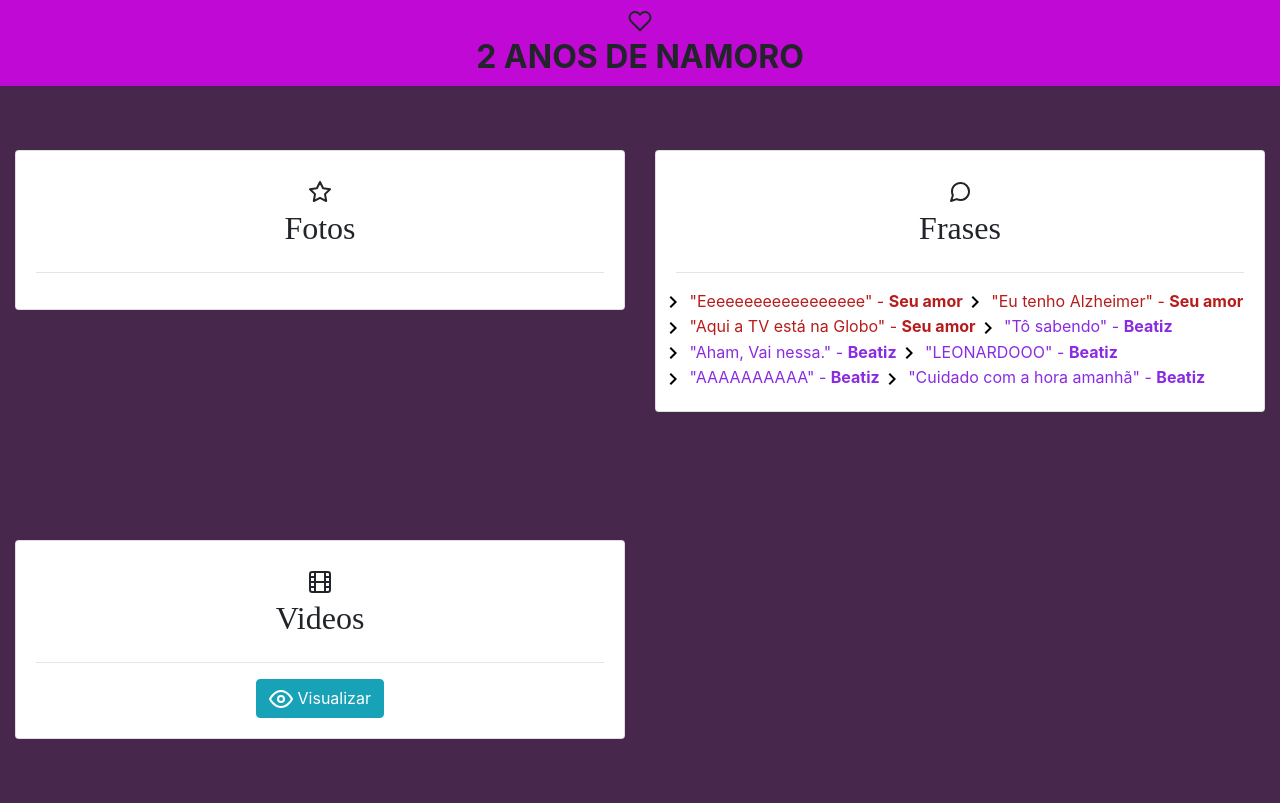
Repository: MeuAmor/meuamor.github.io
Page: index.html
These files come from the project's save history. The page is drawn as it stood at one moment and after the next save; the edit follows.
The browser window is 1280 px wide. The pictures show the whole page.

Above is the page before, as saved 2019-08-21 23:23:53.

### index.html
<!DOCTYPE html>
<html lang="pt">
<head>
  <title>2 ANOS</title>
  <meta charset="utf-8">
  <meta name="viewport" content="width=device-width, initial-scale=1">
  <link rel="stylesheet" href="assets/css/bootstrap4.1/bootstrap.min.css">
  <script src="assets/js/jquery.3.3.1.min.js"></script>
  <script src="assets/js/bootstrap4.1/popper.min.js"></script>
	<script src="assets/js/bootstrap4.1/bootstrap.min.js"></script>
	<style>
        .hide {
            display: none;
        }
        .show{
            display:block;
        }
    </style>
</head>
<body class="container-fluid">


	<div class="row" style="background:#c109d6">
		<div class="col-md-12 text-left">
			<h2>
                <!-- <svg xmlns="http://www.w3.org/2000/svg" width="24" height="24" viewBox="0 0 24 24" fill="none" stroke="currentColor"
                        stroke-width="2" stroke-linecap="round" stroke-linejoin="round" class="feather feather-heart">
                    <path d="M20.84 4.61a5.5 5.5 0 0 0-7.78 0L12 5.67l-1.06-1.06a5.5 5.5 0 0 0-7.78 7.78l1.06 1.06L12 21.23l7.78-7.78 1.06-1.06a5.5 5.5 0 0 0 0-7.78z"/>
                </svg> -->
                <div class="text-center">

                    <svg xmlns="http://www.w3.org/2000/svg" width="24" height="24" viewBox="0 0 24 24" fill="none" stroke="currentColor"
                            stroke-width="2" stroke-linecap="round" stroke-linejoin="round" class="feather feather-heart">
                        <path d="M20.84 4.61a5.5 5.5 0 0 0-7.78 0L12 5.67l-1.06-1.06a5.5 5.5 0 0 0-7.78 7.78l1.06 1.06L12 21.23l7.78-7.78 1.06-1.06a5.5 5.5 0 0 0 0-7.78z"/>
                    </svg>
                </div>
                <div class="text-center" >

                    <b>2 ANOS DE NAMORO </b>
                </div>
            </h2>
		</div>
		<div class="col-md-6 " id="redes_sociais">
			<!-- <a style="margin:10px;" class="btn btn-info btn-xs float-right" href="http://www.linkedin.com/in/leonardo-bernardes-da-silva-a8869b132">
				<svg xmlns="http://www.w3.org/2000/svg" width="24" height="24" viewBox="0 0 24 24" fill="none" stroke="currentColor" stroke-width="2" stroke-linecap="round" stroke-linejoin="round" class="feather feather-linkedin">
					<path d="M16 8a6 6 0 0 1 6 6v7h-4v-7a2 2 0 0 0-2-2 2 2 0 0 0-2 2v7h-4v-7a6 6 0 0 1 6-6z"></path><rect x="2" y="9" width="4" height="12"></rect>
					<circle cx="4" cy="4" r="2"></circle></svg>	LinkedIn</a>
				<a style="margin:10px;" class="btn btn-primary btn-xs float-right" href="http://www.facebook.com/lezinho.bernardes">
					<svg xmlns="http://www.w3.org/2000/svg" width="24" height="24" viewBox="0 0 24 24" fill="none" stroke="currentColor" stroke-width="2" stroke-linecap="round" stroke-linejoin="round" class="feather feather-facebook">
						<path d="M18 2h-3a5 5 0 0 0-5 5v3H7v4h3v8h4v-8h3l1-4h-4V7a1 1 0 0 1 1-1h3z"></path>
					</svg>
					LinkedIn
				</a>  -->
		</div>


</div>
<div class="row" style="background:#48274c;min-height: 500px;">

	<!-- <hr> -->
	<!-- <p style="margin: 10px;">
		<a class="btn btn-dark" data-toggle="collapse" href="#multiCollapseExample1" role="button" aria-expanded="false" aria-controls="multiCollapseExample1">Toggle first element</a>
		<button class="btn btn-dark" type="button" data-toggle="collapse" data-target="#multiCollapseExample2" aria-expanded="false" aria-controls="multiCollapseExample2">Toggle second element</button>
		<button class="btn btn-dark" type="button" data-toggle="collapse" data-target=".multi-collapse" aria-expanded="false" aria-controls="multiCollapseExample1 multiCollapseExample2">Toggle both elements</button> -->
	<!-- </p> -->


	<div class="col-md-6" style="margin-top: 5%;">
		<div class="card card-body">
            <h2 id="openFotos">
                <div class="text-center">

                    <svg xmlns="http://www.w3.org/2000/svg" width="24" height="24" viewBox="0 0 24 24"
                        fill="none" stroke="currentColor" stroke-width="2" stroke-linecap="round" stroke-linejoin="round"
                        class="feather feather-star">
                        <polygon points="12 2 15.09 8.26 22 9.27 17 14.14 18.18 21.02 12 17.77 5.82 21.02 7 14.14 2 9.27 8.91 8.26 12 2"/>
                    </svg>
                </div>
                <div class="text-center" style="font-family: 'Times New Roman', Times, serif">

                    Fotos
                </div>
            </h2>
            <hr>
            <div id="fotos" class="hide">
                <div class="text-center">
                    <img src="imagens/primeira_foto.jpg" alt="Primeira Foto" height="150px;">
                    <img src="imagens/terceira_foto.jpg" alt="Terceira Foto" height="150px;">
                    <img src="imagens/quarta_foto.jpg" alt="Quarta Foto" height="150px;">
                    <img src="imagens/2.jpg" alt="" height="150px;">
                    <img src="imagens/3.jpg" alt="" height="150px;">
                    <img src="imagens/4.jpg" alt="" height="150px;">
                    <img src="imagens/segunda_foto.jpg" alt="Segunda Foto" height="150px;">
                    <img src="imagens/5.jpg" alt="" height="150px;">
                    <img src="imagens/6.jpg" alt="" height="150px;">
                    <img src="imagens/7.jpg" alt="" height="150px;">
                    <img src="imagens/8.jpg" alt="" height="150px;">
                    <img src="imagens/10.jpg" alt="" height="150px;">
                    <img src="imagens/9.jpg" alt="" height="150px;">
                </div>
            </div>
		</div>
	</div>
	<div class="col-md-6" style="margin-top: 5%;margin-bottom: 5%;">
		<div class="card card-body">
            <h2 style="text-align:center;">
                <div class="text-center">

                    <svg xmlns="http://www.w3.org/2000/svg" width="24" height="24" viewBox="0 0 24 24" fill="none" stroke="currentColor" stroke-width="2" stroke-linecap="round" stroke-linejoin="round" class="feather feather-message-circle">
                    <path d="M21 11.5a8.38 8.38 0 0 1-.9 3.8 8.5 8.5 0 0 1-7.6 4.7 8.38 8.38 0 0 1-3.8-.9L3 21l1.9-5.7a8.38 8.38 0 0 1-.9-3.8 8.5 8.5 0 0 1 4.7-7.6 8.38 8.38 0 0 1 3.8-.9h.5a8.48 8.48 0 0 1 8 8v.5z"/></svg>
                </div>
                <div class="text-center" style="font-family: 'Times New Roman', Times, serif">
                    Frases
                </div>
            </h2>
			<hr>
            <div class="row" >
                    <div style="color: #b71c1c;">
                        <svg xmlns="http://www.w3.org/2000/svg" width="24" height="24" viewBox="0 0 24 24">
                            <path d="M8.59 16.59L13.17 12 8.59 7.41 10 6l6 6-6 6-1.41-1.41z"/>
                            <path fill="none" d="M0 0h24v24H0V0z"/>
                        </svg>
                        "Eeeeeeeeeeeeeeeeee" - <b> Seu amor</b>
                    </div>
                    <div style="color: #b71c1c;">
                        <svg xmlns="http://www.w3.org/2000/svg" width="24" height="24" viewBox="0 0 24 24">
                            <path d="M8.59 16.59L13.17 12 8.59 7.41 10 6l6 6-6 6-1.41-1.41z"/>
                            <path fill="none" d="M0 0h24v24H0V0z"/>
                        </svg>
                        "Eu tenho Alzheimer" - <b> Seu amor</b>
                    </div>
                    <div style="color: #b71c1c;">
                        <svg xmlns="http://www.w3.org/2000/svg" width="24" height="24" viewBox="0 0 24 24">
                            <path d="M8.59 16.59L13.17 12 8.59 7.41 10 6l6 6-6 6-1.41-1.41z"/>
                            <path fill="none" d="M0 0h24v24H0V0z"/>
                        </svg>
                        "Aqui a TV está na Globo" - <b> Seu amor</b>
                    </div>
                    <div style="color: blueviolet;">
                        <svg xmlns="http://www.w3.org/2000/svg" width="24" height="24" viewBox="0 0 24 24">
                            <path d="M8.59 16.59L13.17 12 8.59 7.41 10 6l6 6-6 6-1.41-1.41z"/>
                            <path fill="none" d="M0 0h24v24H0V0z"/>
                        </svg>
                        "Tô sabendo" - <b>Beatiz </b><br>

                    </div>
                    <div style="color: blueviolet;">
                        <svg xmlns="http://www.w3.org/2000/svg" width="24" height="24" viewBox="0 0 24 24">
                            <path d="M8.59 16.59L13.17 12 8.59 7.41 10 6l6 6-6 6-1.41-1.41z"/>
                            <path fill="none" d="M0 0h24v24H0V0z"/>
                        </svg>
                        "Aham, Vai nessa." - <b>Beatiz </b><br>

                    </div>
                    <div style="color: blueviolet;">
                        <svg xmlns="http://www.w3.org/2000/svg" width="24" height="24" viewBox="0 0 24 24">
                            <path d="M8.59 16.59L13.17 12 8.59 7.41 10 6l6 6-6 6-1.41-1.41z"/>
                            <path fill="none" d="M0 0h24v24H0V0z"/>
                        </svg>
                        "LEONARDOOO" - <b>Beatiz </b><br>
                    </div>
                    <div style="color: blueviolet;">
                        <svg xmlns="http://www.w3.org/2000/svg" width="24" height="24" viewBox="0 0 24 24">
                            <path d="M8.59 16.59L13.17 12 8.59 7.41 10 6l6 6-6 6-1.41-1.41z"/>
                            <path fill="none" d="M0 0h24v24H0V0z"/>
                        </svg>
                        "AAAAAAAAAA" - <b>Beatiz </b><br>
                    </div>
                    <div style="color: blueviolet;">
                        <svg xmlns="http://www.w3.org/2000/svg" width="24" height="24" viewBox="0 0 24 24">
                            <path d="M8.59 16.59L13.17 12 8.59 7.41 10 6l6 6-6 6-1.41-1.41z"/>
                            <path fill="none" d="M0 0h24v24H0V0z"/>
                        </svg>
                        "Cuidado com a hora amanhã" - <b>Beatiz </b><br>
                    </div>
            </div>

        </div>

    </div>
    <div class="col-md-6" style="margin-top: 5%;margin-bottom: 5%;">
        <div class="card card-body">
            <h2 style="text-align:center;">
                <div class="text-center">

                    <svg xmlns="http://www.w3.org/2000/svg" width="24" height="24" viewBox="0 0 24 24" fill="none" stroke="currentColor" stroke-width="2" stroke-linecap="round" stroke-linejoin="round" class="feather feather-film">
                        <rect x="2" y="2" width="20" height="20" rx="2.18" ry="2.18"/>
                        <line x1="7" y1="2" x2="7" y2="22"/>
                        <line x1="17" y1="2" x2="17" y2="22"/>
                        <line x1="2" y1="12" x2="22" y2="12"/>
                        <line x1="2" y1="7" x2="7" y2="7"/>
                        <line x1="2" y1="17" x2="7" y2="17"/>
                        <line x1="17" y1="17" x2="22" y2="17"/>
                        <line x1="17" y1="7" x2="22" y2="7"/>
                    </svg>
                </div>
                <div class="text-center" style="font-family: 'Times New Roman', Times, serif">
                    Videos
                </div>
            </h2>
            <hr>
            <div class="row">
                <div class="col-md-12 text-center" style="color: blueviolet;">
                    <a href="https://drive.google.com/drive/folders/1cs1njrZBseK-pT5WebYxWXJ5JDjdfowP?usp=sharing" class="btn btn-info ">
                        <svg xmlns="http://www.w3.org/2000/svg" width="24" height="24" viewBox="0 0 24 24" fill="none" stroke="currentColor"
                            stroke-width="2" stroke-linecap="round" stroke-linejoin="round" class="feather feather-eye">
                            <path d="M1 12s4-8 11-8 11 8 11 8-4 8-11 8-11-8-11-8z"/><circle cx="12" cy="12" r="3"/>
                        </svg>
                        Visualizar
                    </a>
                </div>

            </div>
        </div>

    </div>

</div>
<script>
    $("#openFotos").click(function(){
        if($("#fotos").hasClass('hide'))
        {
            $("#fotos").removeClass('hide');
            $("#fotos").addClass('show');
        }
        else
        {
            $("#fotos").removeClass('show');
            $("#fotos").addClass('hide');
        }
    });
</script>
</body>
</html>

Loaded but not shown: assets/css/bootstrap4.1/bootstrap.min.css (library); assets/js/jquery.3.3.1.min.js (library); assets/js/bootstrap4.1/popper.min.js (library); assets/js/bootstrap4.1/bootstrap.min.js (library)

After the next save:
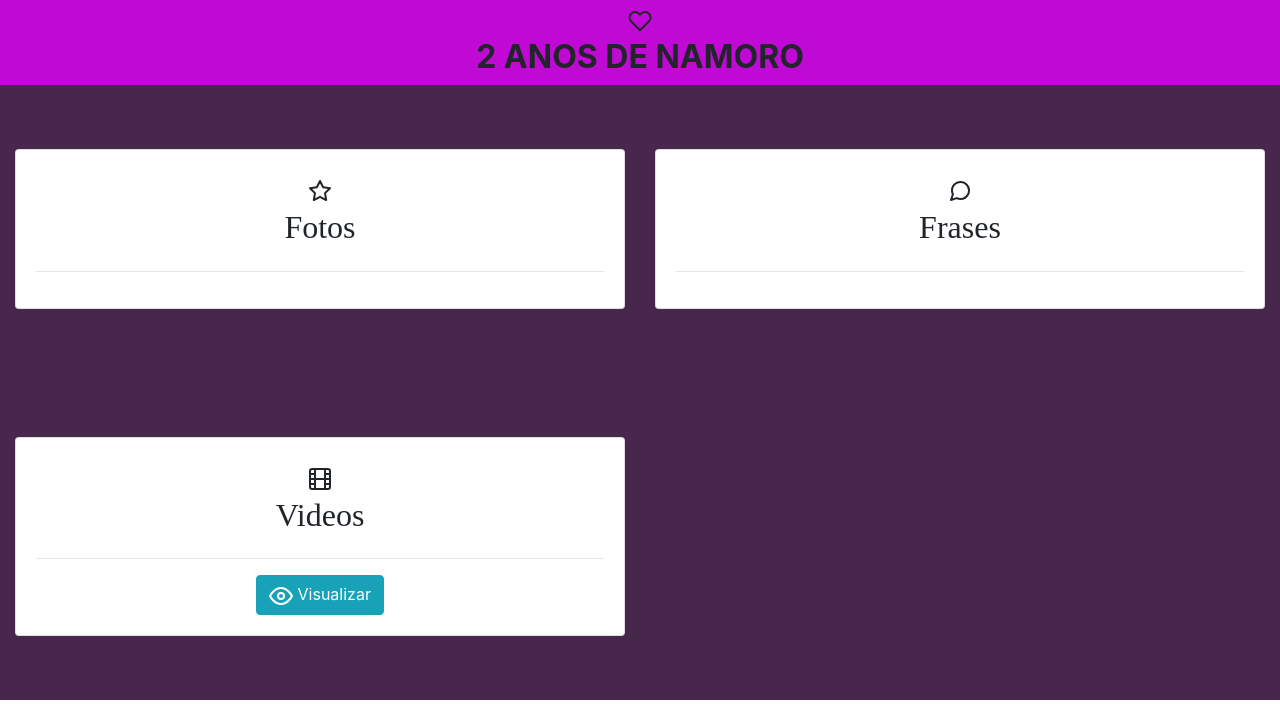
Saved 2 min 14 s later.
--- a/index.html
+++ b/index.html
@@ -23,10 +23,6 @@
 	<div class="row" style="background:#c109d6">
 		<div class="col-md-12 text-left">
 			<h2>
-                <!-- <svg xmlns="http://www.w3.org/2000/svg" width="24" height="24" viewBox="0 0 24 24" fill="none" stroke="currentColor"
-                        stroke-width="2" stroke-linecap="round" stroke-linejoin="round" class="feather feather-heart">
-                    <path d="M20.84 4.61a5.5 5.5 0 0 0-7.78 0L12 5.67l-1.06-1.06a5.5 5.5 0 0 0-7.78 7.78l1.06 1.06L12 21.23l7.78-7.78 1.06-1.06a5.5 5.5 0 0 0 0-7.78z"/>
-                </svg> -->
                 <div class="text-center">
 
                     <svg xmlns="http://www.w3.org/2000/svg" width="24" height="24" viewBox="0 0 24 24" fill="none" stroke="currentColor"
@@ -40,30 +36,8 @@
                 </div>
             </h2>
 		</div>
-		<div class="col-md-6 " id="redes_sociais">
-			<!-- <a style="margin:10px;" class="btn btn-info btn-xs float-right" href="http://www.linkedin.com/in/leonardo-bernardes-da-silva-a8869b132">
-				<svg xmlns="http://www.w3.org/2000/svg" width="24" height="24" viewBox="0 0 24 24" fill="none" stroke="currentColor" stroke-width="2" stroke-linecap="round" stroke-linejoin="round" class="feather feather-linkedin">
-					<path d="M16 8a6 6 0 0 1 6 6v7h-4v-7a2 2 0 0 0-2-2 2 2 0 0 0-2 2v7h-4v-7a6 6 0 0 1 6-6z"></path><rect x="2" y="9" width="4" height="12"></rect>
-					<circle cx="4" cy="4" r="2"></circle></svg>	LinkedIn</a>
-				<a style="margin:10px;" class="btn btn-primary btn-xs float-right" href="http://www.facebook.com/lezinho.bernardes">
-					<svg xmlns="http://www.w3.org/2000/svg" width="24" height="24" viewBox="0 0 24 24" fill="none" stroke="currentColor" stroke-width="2" stroke-linecap="round" stroke-linejoin="round" class="feather feather-facebook">
-						<path d="M18 2h-3a5 5 0 0 0-5 5v3H7v4h3v8h4v-8h3l1-4h-4V7a1 1 0 0 1 1-1h3z"></path>
-					</svg>
-					LinkedIn
-				</a>  -->
-		</div>
-
-
 </div>
 <div class="row" style="background:#48274c;min-height: 500px;">
-
-	<!-- <hr> -->
-	<!-- <p style="margin: 10px;">
-		<a class="btn btn-dark" data-toggle="collapse" href="#multiCollapseExample1" role="button" aria-expanded="false" aria-controls="multiCollapseExample1">Toggle first element</a>
-		<button class="btn btn-dark" type="button" data-toggle="collapse" data-target="#multiCollapseExample2" aria-expanded="false" aria-controls="multiCollapseExample2">Toggle second element</button>
-		<button class="btn btn-dark" type="button" data-toggle="collapse" data-target=".multi-collapse" aria-expanded="false" aria-controls="multiCollapseExample1 multiCollapseExample2">Toggle both elements</button> -->
-	<!-- </p> -->
-
 
 	<div class="col-md-6" style="margin-top: 5%;">
 		<div class="card card-body">
@@ -103,7 +77,7 @@
 	</div>
 	<div class="col-md-6" style="margin-top: 5%;margin-bottom: 5%;">
 		<div class="card card-body">
-            <h2 style="text-align:center;">
+            <h2 id="openFrases" style="text-align:center;">
                 <div class="text-center">
 
                     <svg xmlns="http://www.w3.org/2000/svg" width="24" height="24" viewBox="0 0 24 24" fill="none" stroke="currentColor" stroke-width="2" stroke-linecap="round" stroke-linejoin="round" class="feather feather-message-circle">
@@ -114,7 +88,7 @@
                 </div>
             </h2>
 			<hr>
-            <div class="row" >
+            <div id="frases" class="row hide" >
                     <div style="color: #b71c1c;">
                         <svg xmlns="http://www.w3.org/2000/svg" width="24" height="24" viewBox="0 0 24 24">
                             <path d="M8.59 16.59L13.17 12 8.59 7.41 10 6l6 6-6 6-1.41-1.41z"/>
@@ -229,6 +203,18 @@
             $("#fotos").addClass('hide');
         }
     });
+    $("#openFrases").click(function(){
+        if($("#frases").hasClass('hide'))
+        {
+            $("#frases").removeClass('hide');
+            $("#frases").addClass('show');
+        }
+        else
+        {
+            $("#frases").removeClass('show');
+            $("#frases").addClass('hide');
+        }
+    });
 </script>
 </body>
 </html>
